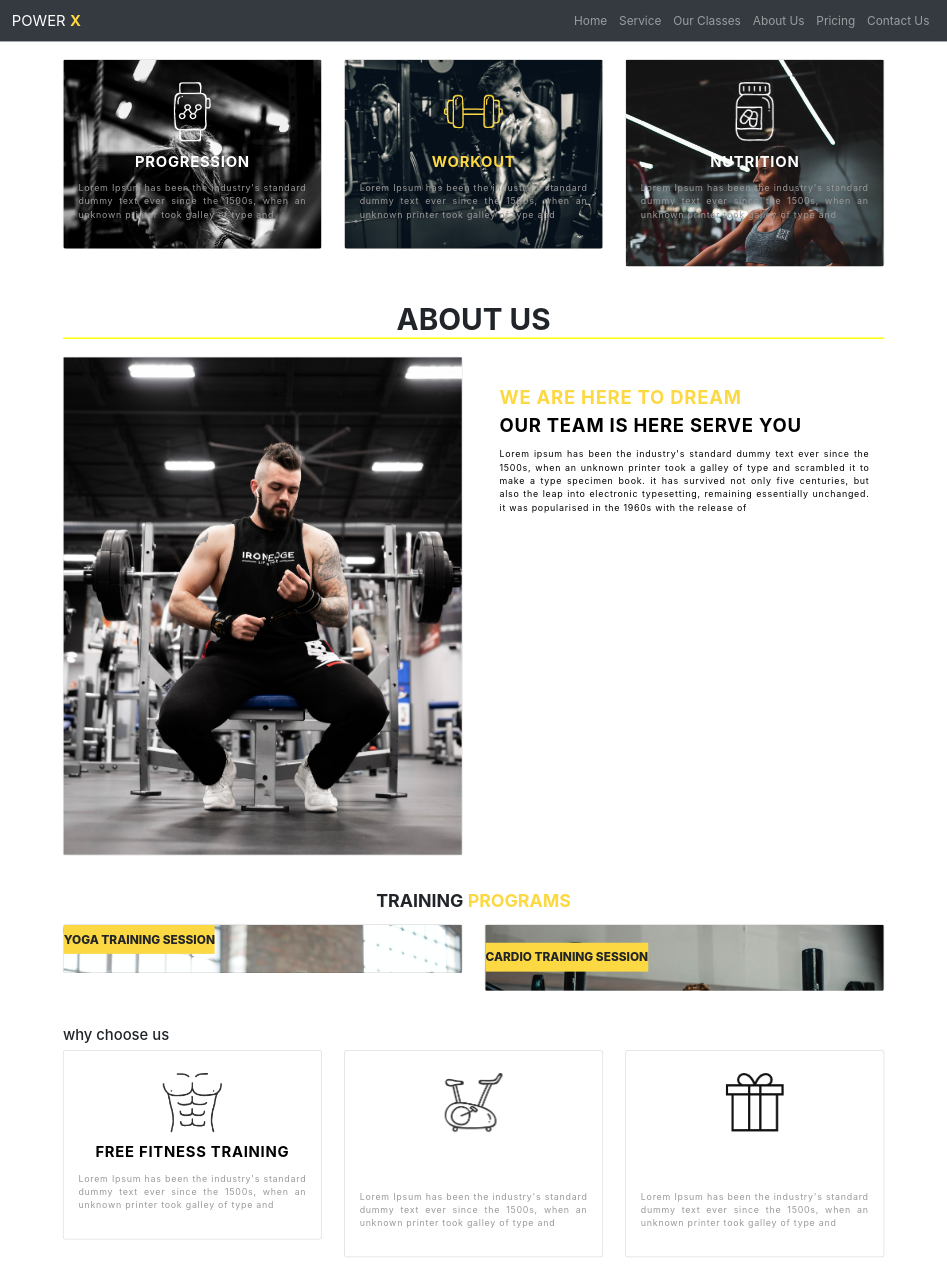
Repository: arif286/power-x-gym
Page: /
An editor plug-in stored every save of this project. The page is shown before and after the next save, followed by the edit.
The browser window is 1280 px wide. The pictures show the whole page, at 74% of full size.
The project was rebuilt for these pictures with package versions that can differ from the ones it lists, and the page was loaded fresh each time.

Above is the page before, as saved 2021-04-06 21:57:55.

After the next save:
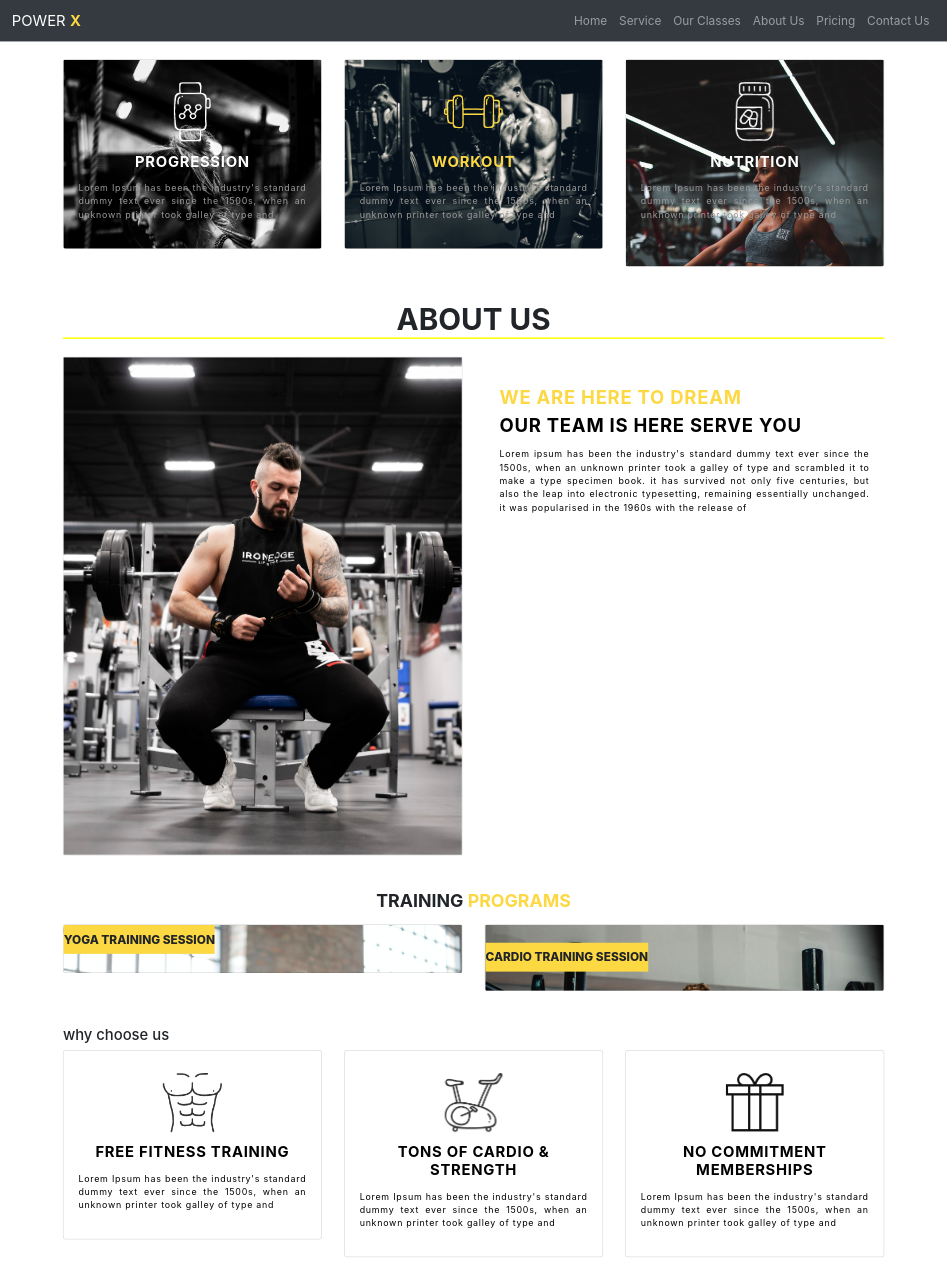
Saved 31 s later.
--- a/src/components/ChooseUs/ChooseUs.js
+++ b/src/components/ChooseUs/ChooseUs.js
@@ -13,8 +13,8 @@ const ChooseUs = () => {
           <Card className="work-card text-center">
             <Card.Body>
               <img className="work-img" src={body} alt="" />
-              <h5 style={{color:'black'}}>free fitness training</h5>
-              <p>
+              <h5 style={{ color: "black" }}>free fitness training</h5>
+              <p style={{ color: "black" }}>
                 Lorem Ipsum has been the industry's standard dummy text ever
                 since the 1500s, when an unknown printer took galley of type and
               </p>
@@ -25,8 +25,8 @@ const ChooseUs = () => {
           <Card className="work-card text-center">
             <Card.Body>
               <img className="work-img" src={cycle} alt="" />
-              <h5>tons of cardio & strength</h5>
-              <p>
+              <h5 style={{ color: "black" }}>tons of cardio & strength</h5>
+              <p style={{ color: "black" }}>
                 Lorem Ipsum has been the industry's standard dummy text ever
                 since the 1500s, when an unknown printer took galley of type and
               </p>
@@ -37,8 +37,8 @@ const ChooseUs = () => {
           <Card className="work-card text-center">
             <Card.Body>
               <img className="work-img" src={gift} alt="" />
-              <h5>no commitment memberships</h5>
-              <p>
+              <h5 style={{ color: "black" }}>no commitment memberships</h5>
+              <p style={{ color: "black" }}>
                 Lorem Ipsum has been the industry's standard dummy text ever
                 since the 1500s, when an unknown printer took galley of type and
               </p>
